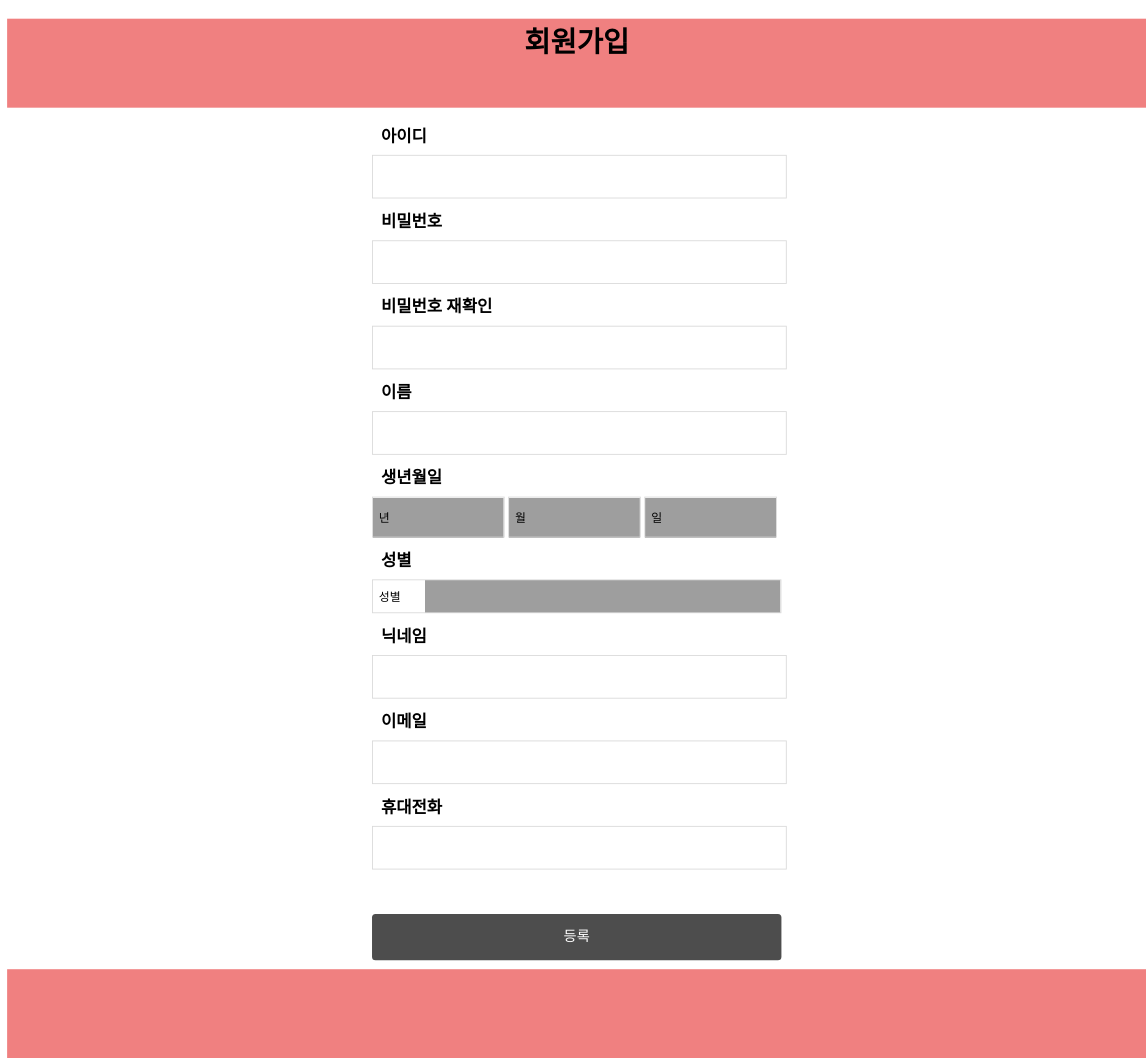
Repository: agheha/trillion
Page: YH/study_project/html/signup.html
These files come from the project's save history. The page is drawn as it stood at one moment and after a run of saves; the edit follows.
The browser window is 1280 px wide. The page is 1288 px wide, so the pictures cover 1288 px, including what lies to the right of the window. The pictures show the whole page, at 89% of full size.
Pictures or frames that could not be fetched are drawn as grey boxes.

Above is the page before, as saved 2019-09-04 17:16:25.

After the next 4 saves:
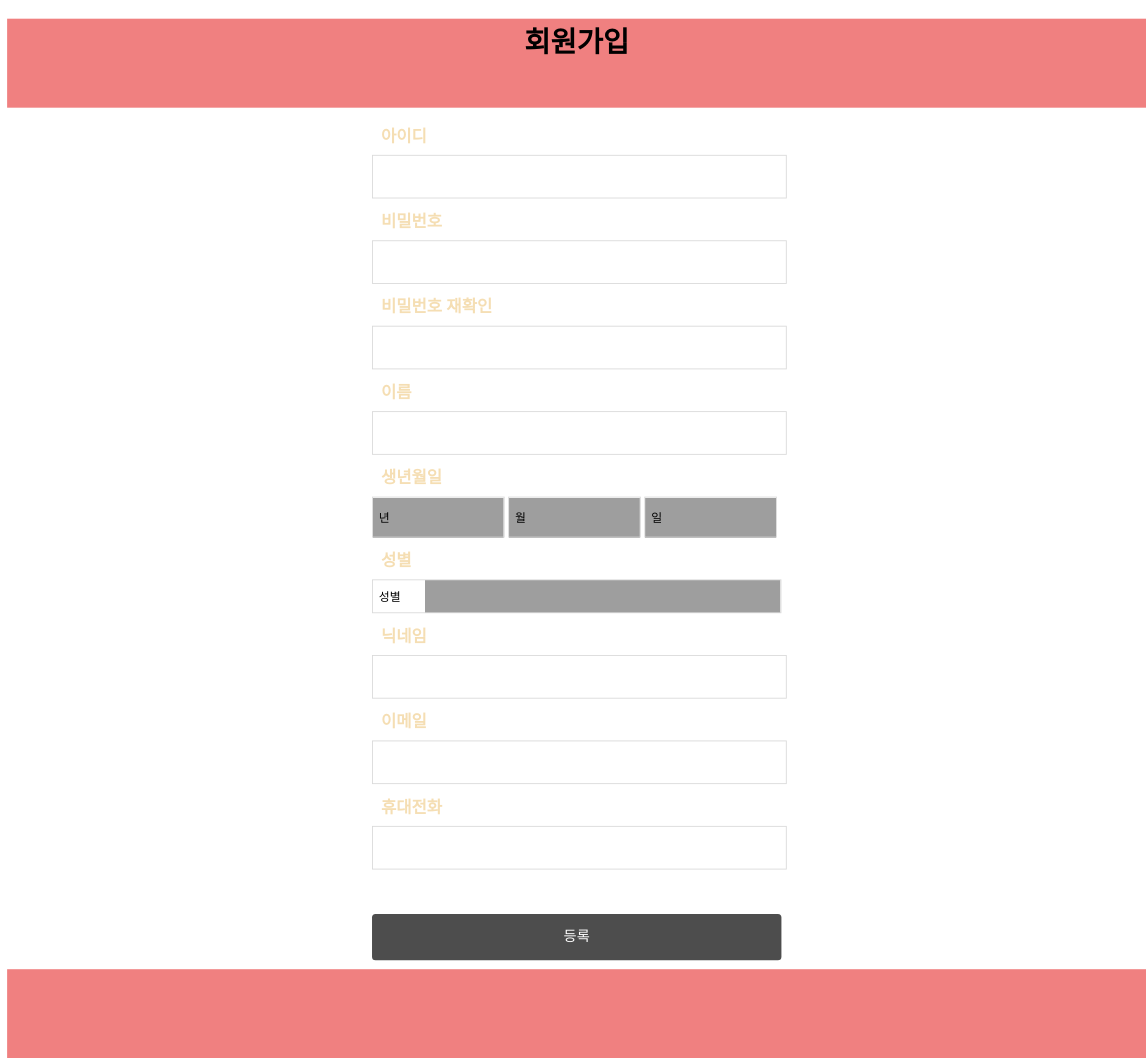
The 4 saves are shown as one change because they came seconds apart.
The last was saved 12 s later.
--- a/YH/study_project/css/signup.css
+++ b/YH/study_project/css/signup.css
@@ -39,6 +39,7 @@ h1 {
 }
 h3 {
     margin : 10px;
+    color: wheat;
 }
 fieldset {
     width: 890px;

After the save that followed:
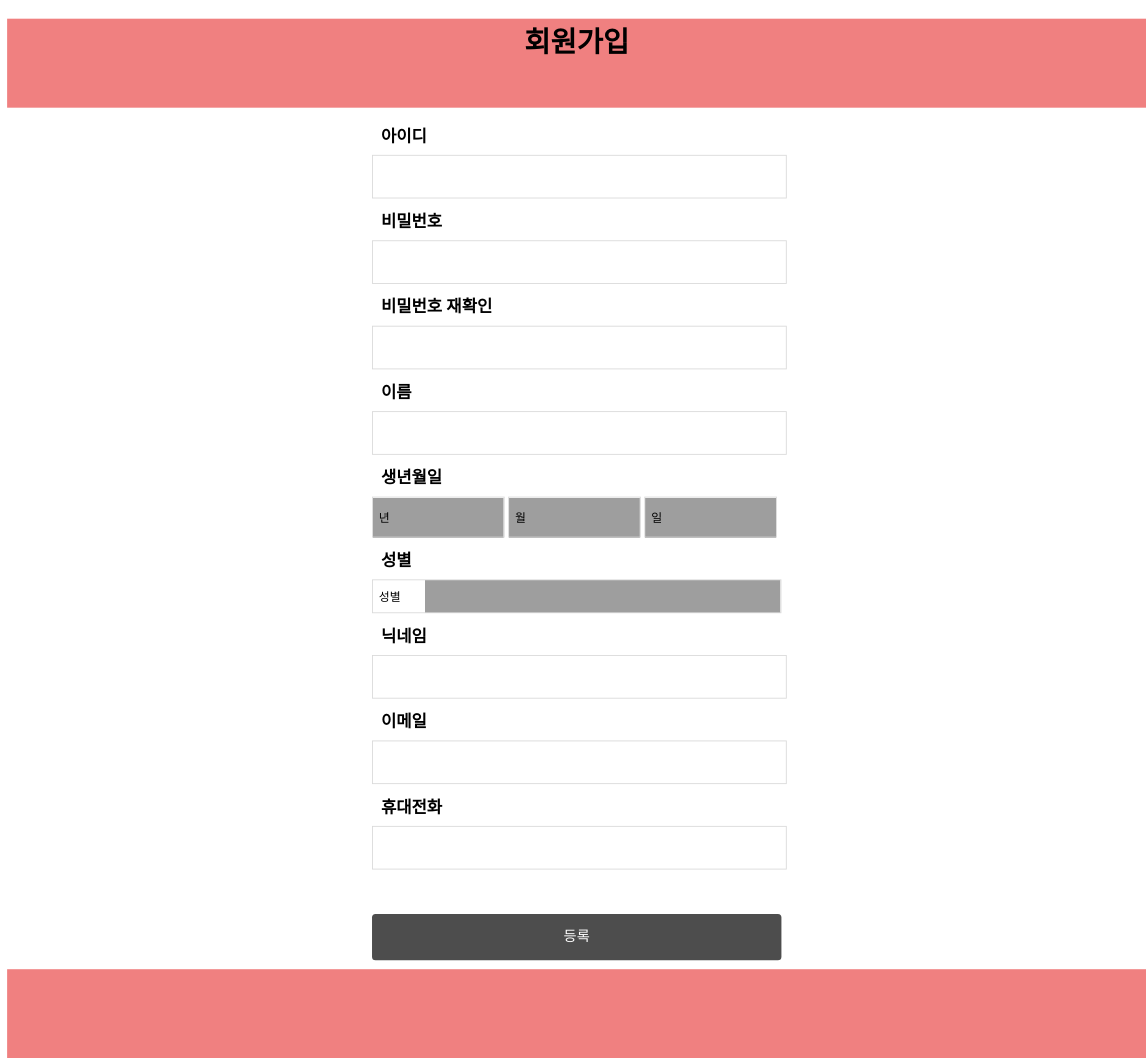
Saved 4 s later.
--- a/YH/study_project/css/signup.css
+++ b/YH/study_project/css/signup.css
@@ -39,7 +39,6 @@ h1 {
 }
 h3 {
     margin : 10px;
-    color: wheat;
 }
 fieldset {
     width: 890px;
